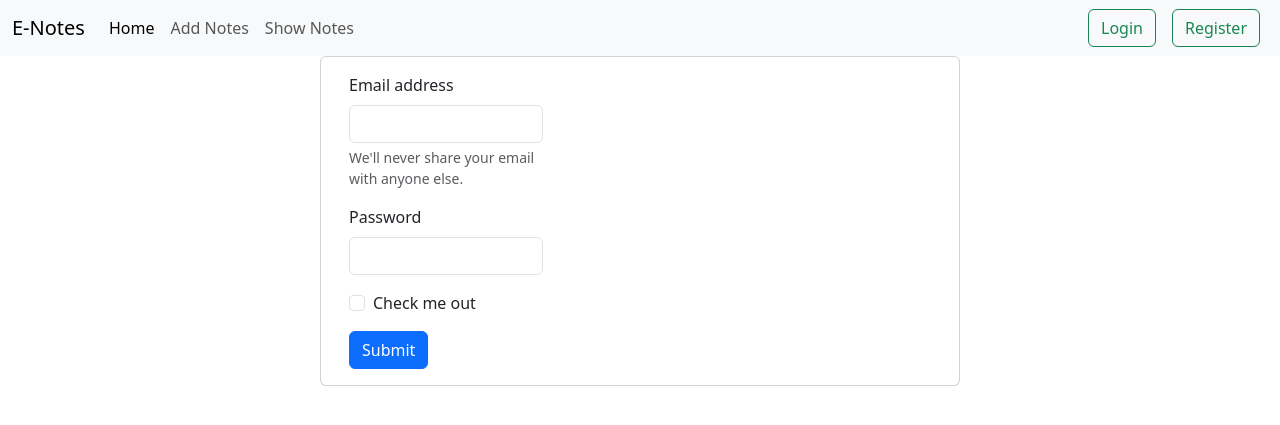
Repository: SandeepSharma2002/JavaProjects
Page: http://localhost/ENotes/LoginPage.jsp
The author's editor kept a copy of each file at every save. The page is drawn from the files as they stood at one save, then again after the next save.
The browser window is 1280 px wide. The pictures show the whole page.
The page is served by Tomcat 9. Other server files are loaded and not shown.

Above is the page before, as saved 2023-10-23 20:00:18.

### ENotes/src/main/webapp/LoginPage.jsp
<%@ page language="java" contentType="text/html; charset=ISO-8859-1"
	pageEncoding="ISO-8859-1"%>
<!DOCTYPE html>
<html>
<head>
<meta charset="ISO-8859-1">
<title>Login Page</title>
<%@ include file="Components/allcss.jsp"%>
</head>
<body>
	<%@include file="Components/Navbar.jsp"%>
	<div class="card container-fluid col-md-6">
		<div class="card-body">
			<form>
				<div class="mb-3 col-md-4">
					<label for="exampleInputEmail1" class="form-label">Email
						address</label> <input type="email" class="form-control"
						id="exampleInputEmail1" aria-describedby="emailHelp">
					<div id="emailHelp" class="form-text">We'll never share your
						email with anyone else.</div>
				</div>
				<div class="mb-3 col-md-4">
					<label for="exampleInputPassword1" class="form-label">Password</label>
					<input type="password" class="form-control"
						id="exampleInputPassword1">
				</div>
				<div class="mb-3 form-check">
					<input type="checkbox" class="form-check-input" id="exampleCheck1">
					<label class="form-check-label" for="exampleCheck1">Check
						me out</label>
				</div>
				<button type="submit" class="btn btn-primary">Submit</button>
			</form>
		</div>
	</div>
</body>
</html>

### ENotes/src/main/webapp/Components/allcss.jsp
<link ref="stylesheet" href="Style/Style.css" />

<link
	href="https://cdn.jsdelivr.net/npm/bootstrap@5.3.2/dist/css/bootstrap.min.css"
	rel="stylesheet"
	integrity="sha384-T3c6CoIi6uLrA9TneNEoa7RxnatzjcDSCmG1MXxSR1GAsXEV/Dwwykc2MPK8M2HN"
	crossorigin="anonymous">

<link rel="stylesheet"
	href="https://cdnjs.cloudflare.com/ajax/libs/font-awesome/6.4.2/css/all.min.css"
	integrity="sha512-z3gLpd7yknf1YoNbCzqRKc4qyor8gaKU1qmn+CShxbuBusANI9QpRohGBreCFkKxLhei6S9CQXFEbbKuqLg0DA=="
	crossorigin="anonymous" referrerpolicy="no-referrer" />


<script
	src="https://cdn.jsdelivr.net/npm/bootstrap@5.3.2/dist/js/bootstrap.bundle.min.js"
	integrity="sha384-C6RzsynM9kWDrMNeT87bh95OGNyZPhcTNXj1NW7RuBCsyN/o0jlpcV8Qyq46cDfL"
	crossorigin="anonymous"></script>

### ENotes/src/main/webapp/Components/Navbar.jsp
<nav class="navbar navbar-expand-lg navbar-light bg-light">
  <div class="container-fluid">
    <a class="navbar-brand" href="index.jsp">E-Notes</a>
    <button class="navbar-toggler" type="button" data-bs-toggle="collapse" data-bs-target="#navbarSupportedContent" aria-controls="navbarSupportedContent" aria-expanded="false" aria-label="Toggle navigation">
      <span class="navbar-toggler-icon"></span>
    </button>
    <div class="collapse navbar-collapse" id="navbarSupportedContent">
      <ul class="navbar-nav me-auto mb-2 mb-lg-0">
        <li class="nav-item">
          <a class="nav-link active" aria-current="page" href="#">Home</a>
        </li>
        <li class="nav-item">
          <a class="nav-link" href="#">Add Notes</a>
        </li>
        <li class="nav-item">
          <a class="nav-link" href="#">Show Notes</a>
        </li>
      </ul>
      <form class="d-flex">
        <a href = "LoginPage.jsp" class = "btn btn-outline-success my-2 my-sm-0 mx-sm-2" type = "submit">Login</a>
        <a href = "RegisterPage.jsp" class = "btn btn-outline-success my-2 my-sm-0 mx-sm-2" type = "submit">Register</a>
      </form>
    </div>
  </div>
</nav>

After the next save:
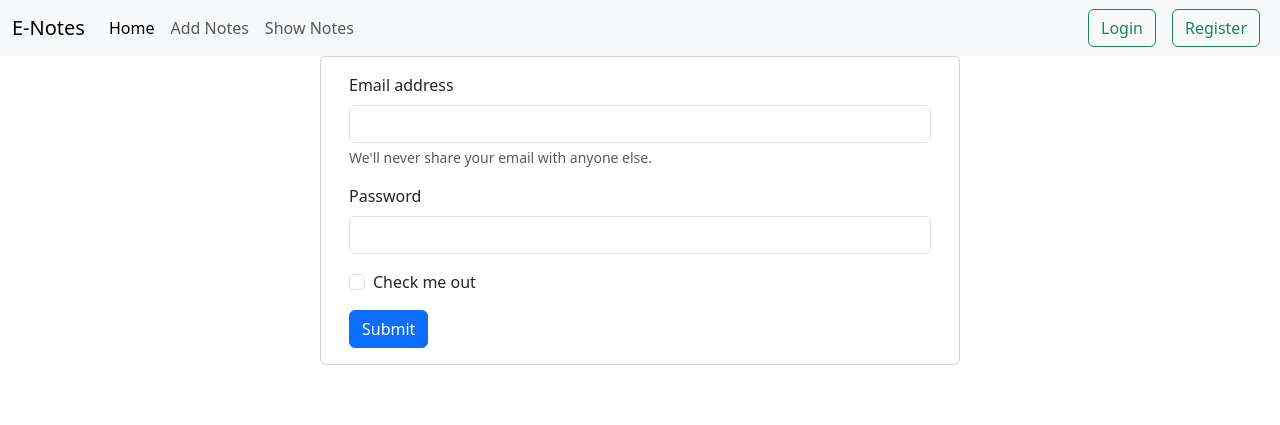
Saved 26 s later.
--- a/ENotes/src/main/webapp/LoginPage.jsp
+++ b/ENotes/src/main/webapp/LoginPage.jsp
@@ -12,14 +12,14 @@
 	<div class="card container-fluid col-md-6">
 		<div class="card-body">
 			<form>
-				<div class="mb-3 col-md-4">
+				<div class="mb-3">
 					<label for="exampleInputEmail1" class="form-label">Email
 						address</label> <input type="email" class="form-control"
 						id="exampleInputEmail1" aria-describedby="emailHelp">
 					<div id="emailHelp" class="form-text">We'll never share your
 						email with anyone else.</div>
 				</div>
-				<div class="mb-3 col-md-4">
+				<div class="mb-3">
 					<label for="exampleInputPassword1" class="form-label">Password</label>
 					<input type="password" class="form-control"
 						id="exampleInputPassword1">
